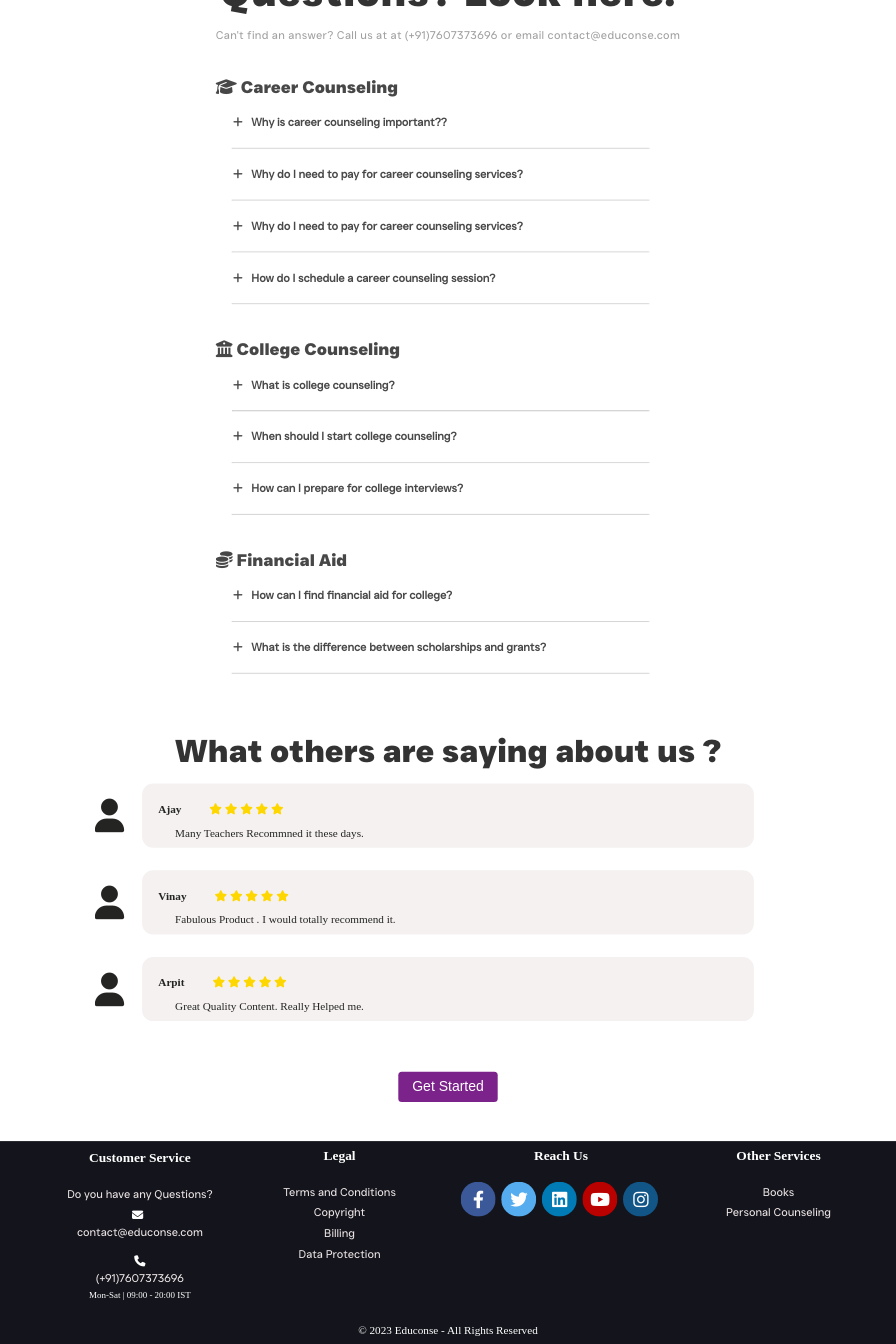
Repository: devajay07/educonse
Page: index.html
The author's editor kept a copy of each file at every save. The page is drawn from the files as they stood at one save, then again after a run of saves.
The browser window is 1280 px wide. The pictures show the part of the page from y = 873 to 2793 px (the page is 2793 px tall), at 70% of full size.
Pictures or frames that could not be fetched are drawn as grey boxes.

Above is the page before, as saved 2023-10-15 01:01:39.

After the next 2 saves:
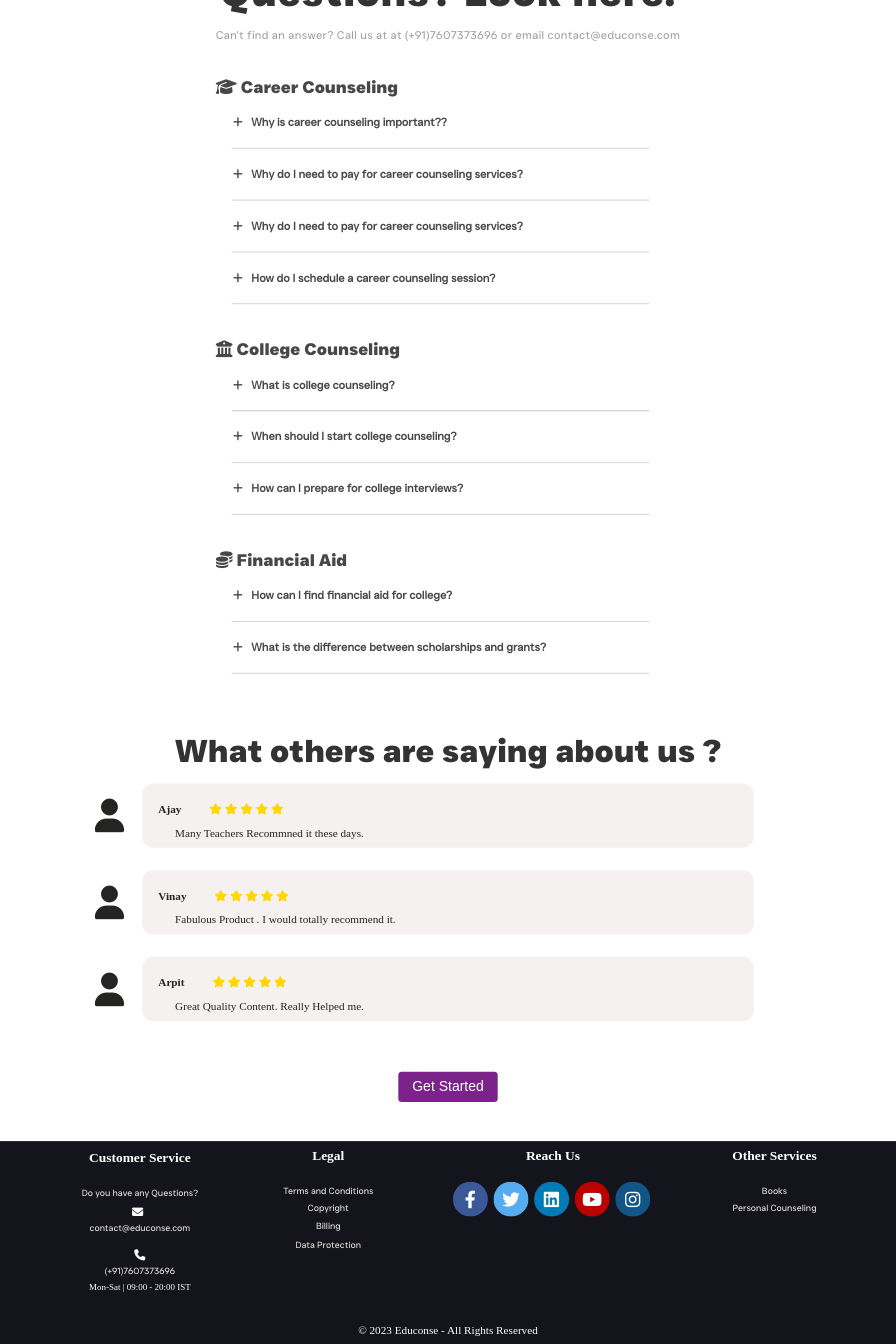
The 2 saves are shown as one change because they came seconds apart.
The last was saved 77 s later.
--- a/css/header.css
+++ b/css/header.css
@@ -89,7 +89,7 @@ footer {
   margin-bottom: 0.5rem;
 }
 .footer-1 p {
-  font-size: 1rem;
+  font-size: 0.8rem;
   color: #f0e8e8;
   padding: 0.3rem;
   font-family: var(--brand-reg);
